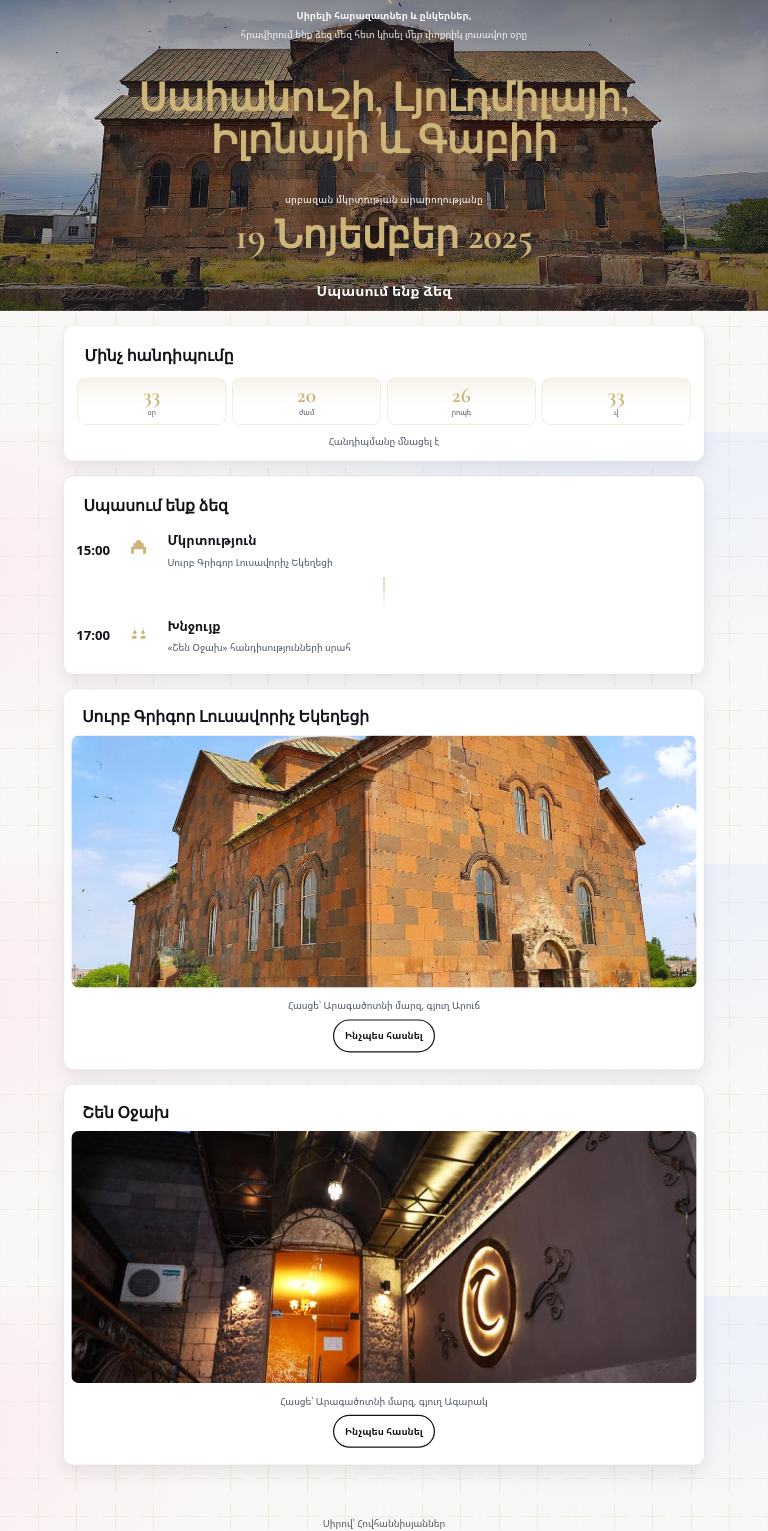
Repository: vardgeshakobyann/hraviratoms
Page: index.html
An editor plug-in stored every save of this project. The page is shown before and after the next save, followed by the edit.
The browser window is 1280 px wide. The pictures show the whole page, at 60% of full size.
Backgrounds fixed to the window are drawn as part of the page.

Above is the page before, as saved 2025-10-18 09:19:18.

After the next save:
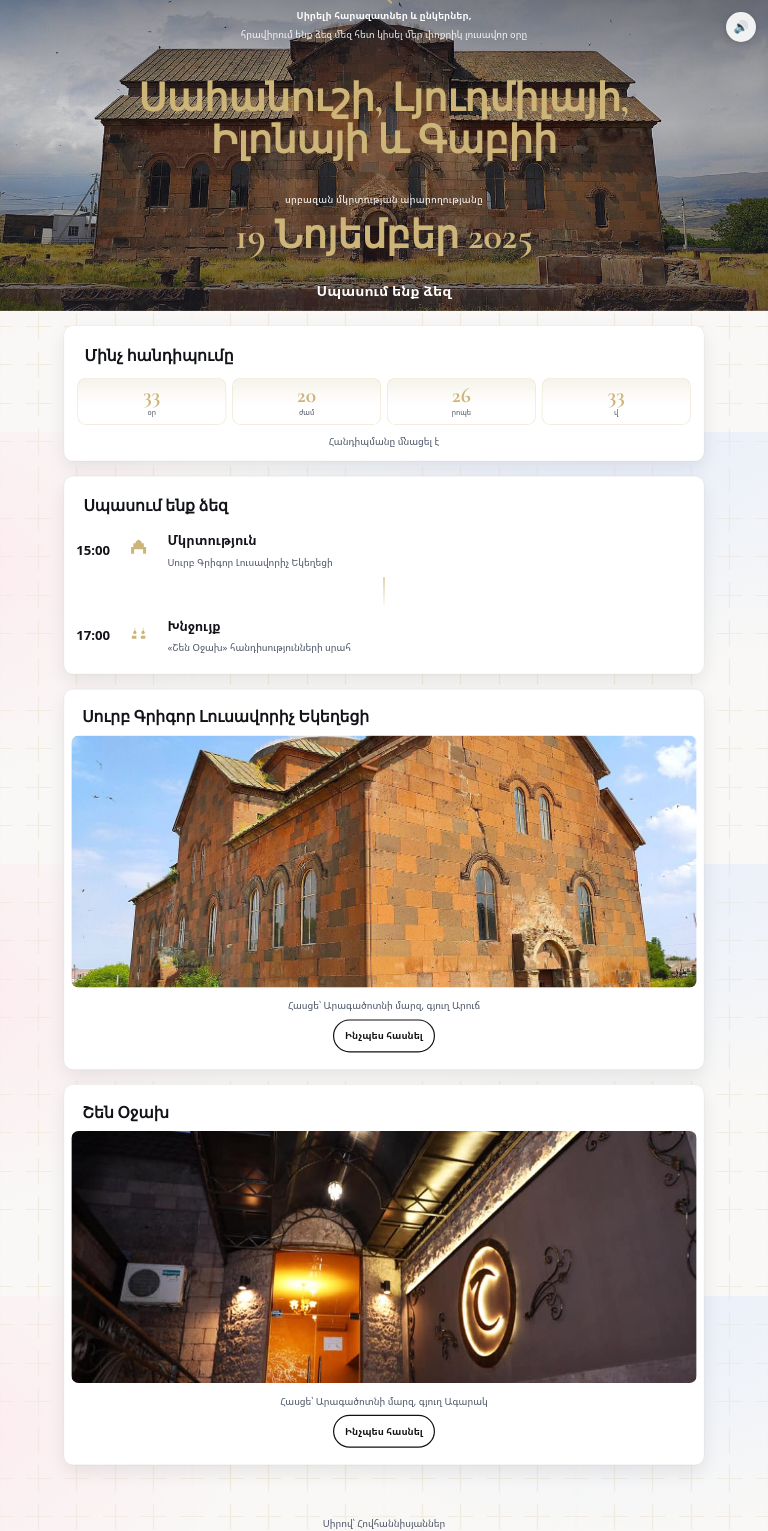
Saved 4 min 10 s later.
--- a/script.js
+++ b/script.js
@@ -1,3 +1,89 @@
+// Background Music Setup
+let backgroundMusic = null;
+let isMusicPlaying = false;
+
+function initBackgroundMusic() {
+  // Create audio element
+  backgroundMusic = new Audio();
+  backgroundMusic.src = 'audio/audio1.mp3';
+  backgroundMusic.loop = true;
+  backgroundMusic.volume = 0.3; // 30% volume
+
+  // Create music control button
+  const musicButton = document.createElement('button');
+  musicButton.id = 'musicToggle';
+  musicButton.innerHTML = '🔊';
+  musicButton.style.cssText = `
+    position: fixed;
+    top: 20px;
+    right: 20px;
+    z-index: 1000;
+    background: rgba(255, 255, 255, 0.9);
+    border: none;
+    border-radius: 50%;
+    width: 50px;
+    height: 50px;
+    font-size: 20px;
+    cursor: pointer;
+    box-shadow: 0 2px 10px rgba(0,0,0,0.2);
+    transition: all 0.3s ease;
+  `;
+
+  document.body.appendChild(musicButton);
+
+  // Try to start music automatically
+  const startMusic = async () => {
+    try {
+      await backgroundMusic.play();
+      musicButton.innerHTML = '🔊';
+      musicButton.style.opacity = '1';
+      isMusicPlaying = true;
+    } catch (error) {
+      console.log('Autoplay failed, user interaction required');
+      musicButton.innerHTML = '🎵';
+      musicButton.style.opacity = '0.5';
+      isMusicPlaying = false;
+    }
+  };
+
+  // Music toggle functionality
+  musicButton.addEventListener('click', async () => {
+    try {
+      if (isMusicPlaying) {
+        backgroundMusic.pause();
+        musicButton.innerHTML = '🎵';
+        musicButton.style.opacity = '0.5';
+        isMusicPlaying = false;
+      } else {
+        await backgroundMusic.play();
+        musicButton.innerHTML = '🔊';
+        musicButton.style.opacity = '1';
+        isMusicPlaying = true;
+      }
+    } catch (error) {
+      console.log('Music play failed:', error);
+    }
+  });
+
+  // Handle page visibility changes
+  document.addEventListener('visibilitychange', () => {
+    if (document.hidden && isMusicPlaying) {
+      backgroundMusic.pause();
+    } else if (!document.hidden && isMusicPlaying) {
+      backgroundMusic.play().catch(() => {});
+    }
+  });
+
+  // Start music when ready
+  backgroundMusic.addEventListener('canplaythrough', startMusic);
+
+  // Also try to start immediately (for browsers that allow it)
+  startMusic();
+}
+
+// Initialize music when page loads
+document.addEventListener('DOMContentLoaded', initBackgroundMusic);
+
 // Smooth scroll from chevron
 document.getElementById('scrollDown')?.addEventListener('click', () => {
   document.getElementById('program')?.scrollIntoView({ behavior: 'smooth' });
